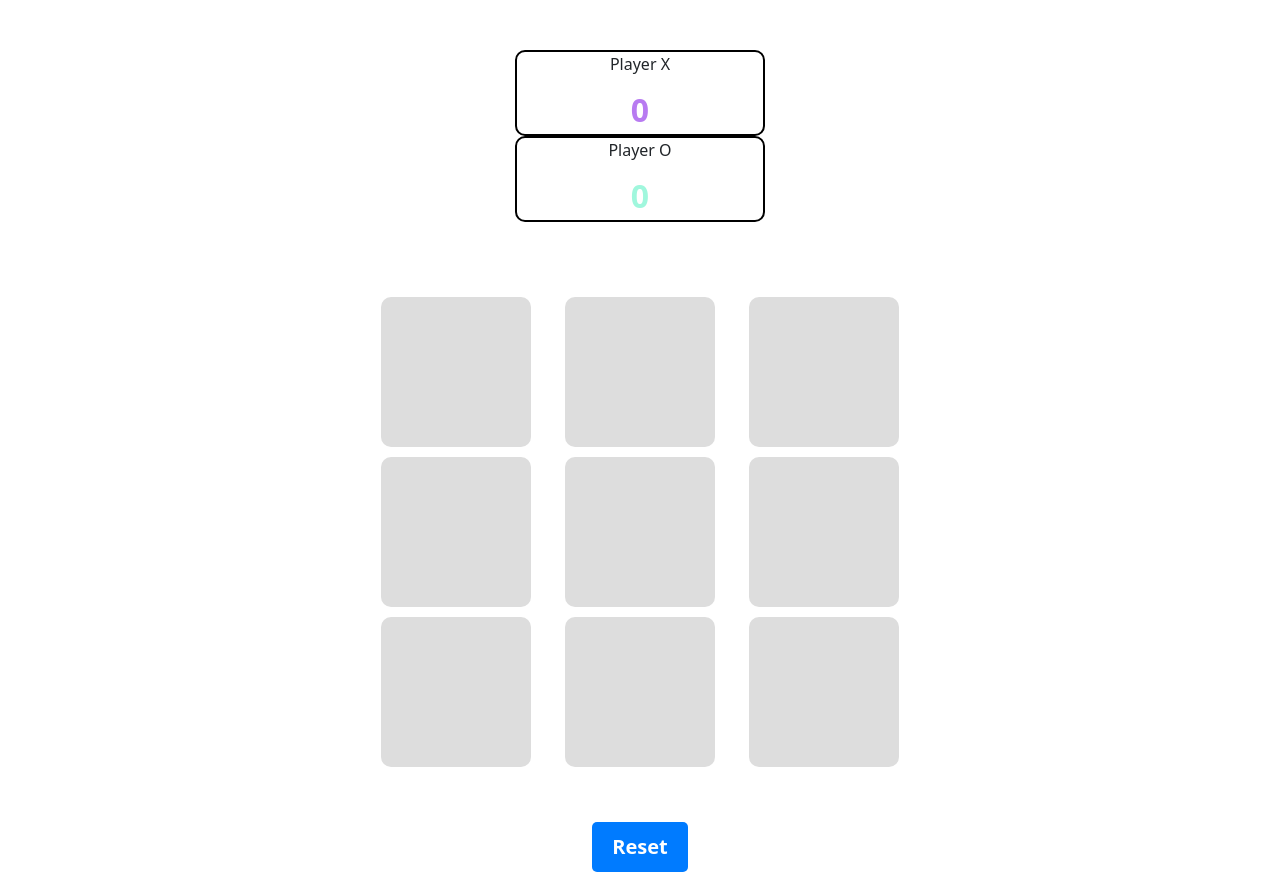
Repository: woodsdeshe/Tic-Tac-Toe
Page: index.html
An editor plug-in stored every save of this project. The page is shown before and after a run of saves, followed by the edit.
The browser window is 1280 px wide. The pictures show the whole page.

Above is the page before, as saved 2023-03-31 20:42:44.

### index.html
<!DOCTYPE html>
<html lang="en">
  <head>
    <meta charset="UTF-8" />
    <meta http-equiv="X-UA-Compatible" content="IE=edge" />
    <meta name="viewport" content="width=device-width, initial-scale=1.0" />
    <title>Tic Tac Toe | DeShe Woods</title>
    <link rel="stylesheet" href="styles.css" />
    <link
      href="https://cdn.jsdelivr.net/npm/bootstrap@5.3.0-alpha2/dist/css/bootstrap.min.css"
      rel="stylesheet"
      integrity="sha384-aFq/bzH65dt+w6FI2ooMVUpc+21e0SRygnTpmBvdBgSdnuTN7QbdgL+OapgHtvPp"
      crossorigin="anonymous"
    />
  </head>
  <body>
    <div class="container">
      <div class="row">
        <div class="col-12 scoreboard scoreboard-left">
          <div>Player X</div>
          <div class="score-x">0</div>
        </div>
        <div class="col-12 scoreboard scoreboard-right">
          <div>Player O</div>
          <div class="score-o">0</div>
        </div>
      </div>
      <div class="message"></div>
      <div class="container game-board">
        <div class="row">
          <div class="col-4">
            <div class="tile square-1"></div>
          </div>
          <div class="col-4">
            <div class="tile square-2"></div>
          </div>
          <div class="col-4">
            <div class="tile square-3"></div>
          </div>
        </div>
        <div class="row">
          <div class="col-4">
            <div class="tile square-4"></div>
          </div>
          <div class="col-4">
            <div class="tile square-5"></div>
          </div>
          <div class="col-4">
            <div class="tile square-6"></div>
          </div>
        </div>
        <div class="row">
          <div class="col-4">
            <div class="tile square-7"></div>
          </div>
          <div class="col-4">
            <div class="tile square-8"></div>
          </div>
          <div class="col-4">
            <div class="tile square-9"></div>
          </div>
        </div>
      </div>
      </div>
      <div class="reset">
        <button class="reset-btn">Reset</button>
      </div>
    </div>
    <script
      src="https://cdn.jsdelivr.net/npm/bootstrap@5.3.0-alpha2/dist/js/bootstrap.bundle.min.js"
      integrity="sha384-qKXV1j0HvMUeCBQ+QVp7JcfGl760yU08IQ+GpUo5hlbpg51QRiuqHAJz8+BrxE/N"
      crossorigin="anonymous"
    ></script>
    <script src="script.js"></script>
  </body>
</html>

### styles.css
.container {
  display: flex;
  flex-direction: column;
  align-items: center;
  margin-top: 50px;
}

.scoreboard {
    display: flex;
    flex-direction: column;
    align-items: center;
    border: 2px solid black;
    border-radius: 10px;
    width: 200px;
}

.scoreboard-left {
    margin-right: 70px;
    margin
  }

.scoreboard-right {
  border-top-right-radius: 10px;
  border-bottom-right-radius: 10px;
}

.score-x{
    font-size: 48px;
  color: rgb(184, 123, 241);
}

.score-o {
    font-size: 48px;
  color: rgb(160, 247, 221);
}

.score-x,
.score-o {
  font-size: 2em;
  font-weight: bold;
  margin-top: 10px;
}

.message {
    font-size: 2em;
    margin-bottom: 20px;
  }

  .game-board {
    display: flex;
    justify-content: center;
  }

  .tile {
    width: 150px;
    height: 150px;
    background-color: #ddd;
    margin: 5px;
    border-radius: 10px;
    display: flex;
    justify-content: center;
    align-items: center;
    font-size: 50px;
    font-weight: bold;
    cursor: pointer;
  }

  .reset {
    text-align: center;
    margin-top: 50px;
  }


  .reset-btn {
    font-size: 20px;
    font-weight: bold;
    padding: 10px 20px;
    background-color: #007bff;
    color: white;
    border-radius: 5px;
    border: none;
    cursor: pointer;
  }

@media (max-width: 767px) {
  .scoreboard {
    margin-bottom: 20px;
  }
}

### script.js
// Variables that access the squares, reset button, scoreboards , and messaging for the game that will stay constant
const gameBoard = document.querySelector(".game-board");
const resetBtn = document.querySelector(".reset-btn");
const scoreboardX = document.querySelector(".score-x");
const scoreboardO = document.querySelector(".score-o");
const message = document.querySelector(".message");
const tile = document.querySelectorAll(".tile");

// Variables that access the current player, game over, X and O scores that will change based on conditions of the game
let currentPlayer = "X";
let gameOver = false;
let xScore = 0;
let oScore = 0;

// This event listener will check to see if the tiles are empty and will fill them with the symbol of the current player

gameBoard.addEventListener("click", (event) => {
  event.preventDefault();

  //This if statement checks to see if the game is over before allowing the players to continue playing. If gameOver is true, then the board becomes unclickable
  if (gameOver) {
    return;
  }

  // This variable will hold the square that gets clicked using the .target property
  const square = event.target;

  // Checks to see if the square contains a class of tile and the square is empty. If it's empty then the square will contain a symbol and alternate the symbol according to the current player
  if (square.classList.contains("tile") && square.textContent === "") {
    square.textContent = currentPlayer;

    //Updates the message variable to show who's turn it is on the screen
    message.textContent = `It's ${currentPlayer} turn`;

    currentPlayer = currentPlayer === "X" ? "O" : "X";
  }

  //Calls the checkForWinner function after each turn to see if a player has won
  checkForWinner();
});

// Check to see if the tiles contain a winning play of a specific player
function currentPlay(plays, player) {
  // The .every method checks through every tile within the player array that checks to see if they contain the current players symbol with a boolean "true" or "false"
  return plays.every((tile) => {
    tileElement = document.querySelector(`.square-${tile}`);
    return tileElement.textContent === player;
  });
}

// This function will check to see which player has the winning set after each move
function checkForWinner() {
  // Nested arrays that show all the winning plays that are needed to win
  const winningPlays = [
    [1, 2, 3],
    [4, 5, 6],
    [7, 8, 9],
    [1, 4, 7],
    [2, 5, 8],
    [3, 6, 9],
    [1, 5, 9],
    [3, 5, 7],
  ];

  // Loops through each array within "winingPlays" and stores the values in the variable "plays"
  for (let i = 0; i < winningPlays.length; i++) {
    const plays = winningPlays[i];

    // Create if/else conditions that will check to see if the current player has a winning play thats in 'winningPlays', if no one wins, it calls the "itsATie" function to alert the players that the game is over and prevents the players from continuing to play using th endGame function"
    if (currentPlay(plays, "X")) {
      xScore++;
      scoreboardX.textContent = xScore;
      message.textContent = "Player X Wins!";
      gameOver = true;
      endGame();
    } else if (currentPlay(plays, "O")) {
      oScore++;
      scoreboardO.textContent = oScore;
      message.textContent = "Player O Wins!";
      gameOver = true;
      endGame();
    } else if (itsATie()) {
      message.textContent = "Game over! It's a tie!!!";
      gameOver = true;
      endGame();
    }
  }

  // This function iterates through all the tiles on the board and checks to see if the board is full. If there isn't any empty tiles left, it returns true.
  function itsATie() {
    for (let i = 0; i < tile.length; i++) {
      if (tile[i].textContent === "") {
        return false;
      }
    }
    return true;
  }

  // This function iterates through all the tiles in the game and removes the gameBoard listener so that the board is no longer clickable when the game is over
  function endGame() {
    for (let i = 0; i < tile.length; i++) {
      tile[i].removeEventListener("click", handleClick);
    }
  }
}

//This function resets the game
function resetGame() {
  currentPlayer = "X";
  gameOver = false;
  message.textContent = `It's ${currentPlayer} turn`;
  scoreboardX.textContent = "0";
  scoreboardO.textContent = "0";
  xScore = 0;
  oScore = 0;


  // Clears the board by setting the text content of all tiles to an empty string
  tile.forEach((tile) => {
    tile.textContent = "";
  });

  // Add back the event listener to each tile so that they are clickable again
  tile.forEach((tile) => {
    tile.addEventListener("click", handleTileClick);
  });
}

resetBtn.addEventListener("click", () => {
  resetGame();
});

After the next 2 saves:
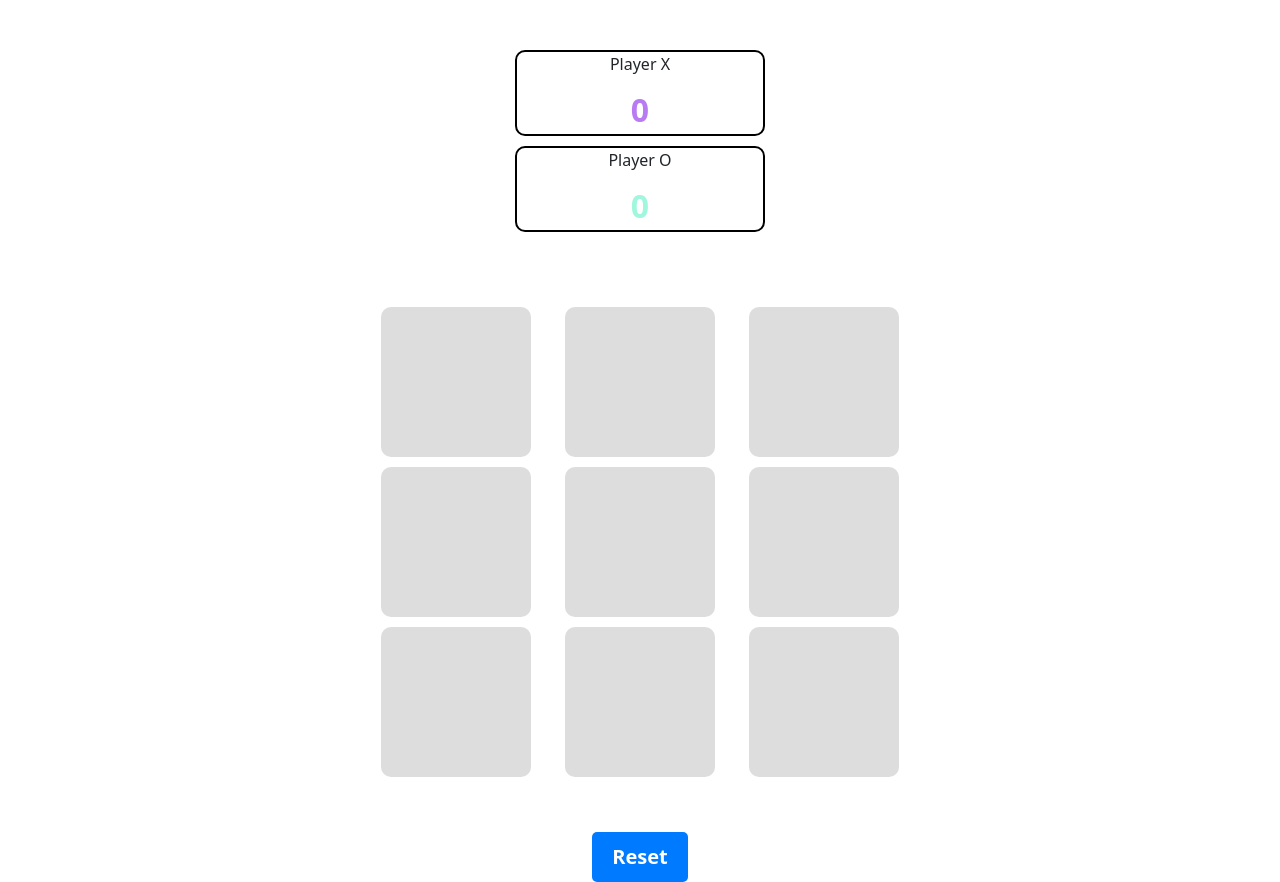
The 2 saves are shown as one change because they came seconds apart.
The last was saved 6 s later.
--- a/styles.css
+++ b/styles.css
@@ -16,7 +16,7 @@
 
 .scoreboard-left {
     margin-right: 70px;
-    margin
+    margin-bottom: 10px;
   }
 
 .scoreboard-right {
